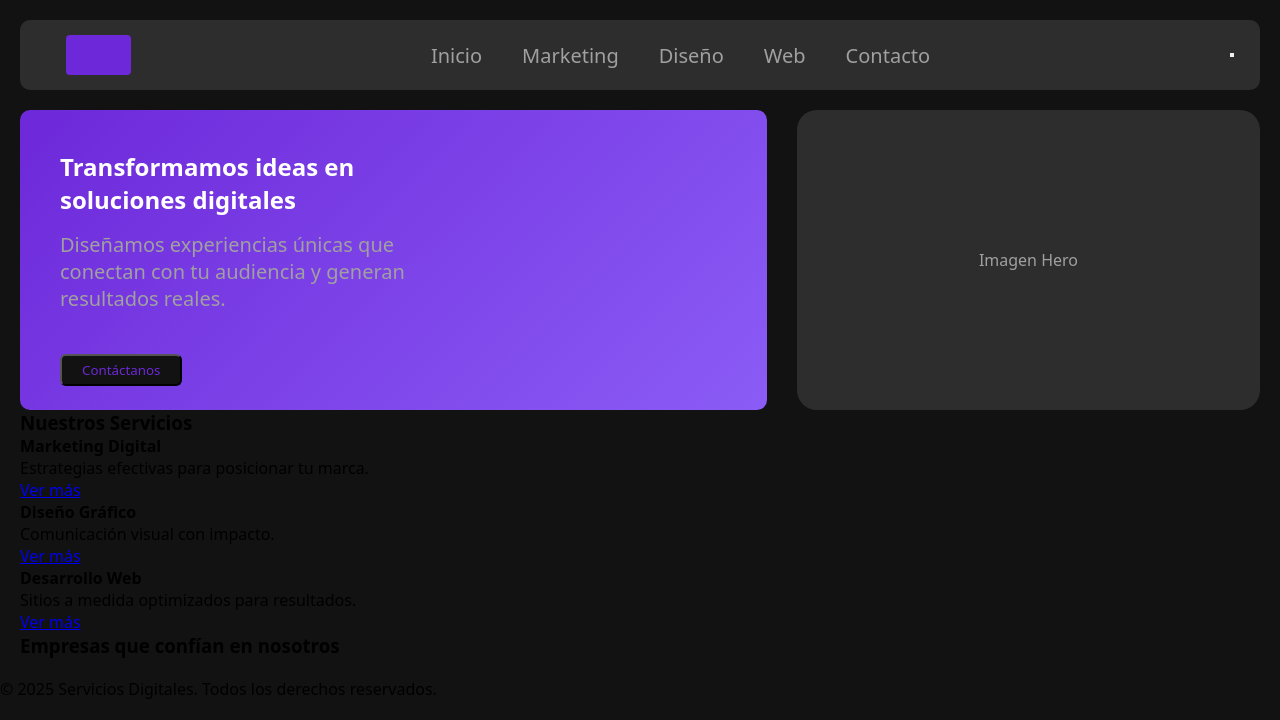
Repository: santinogarrone/TrabajoAgustin
Page: html/index.html
These files come from the project's save history. The page is drawn as it stood at one moment and after the next save; the edit follows.
The browser window is 1280 px wide. The pictures show the whole page.

Above is the page before, as saved 2025-05-01 15:49:02.

### html/index.html
<!DOCTYPE html>
<html lang="en">
<head>
    <meta charset="UTF-8">
    <meta name="viewport" content="width=device-width, initial-scale=1.0">
    <link rel="stylesheet" href="../css/style.css">
    <title>Página de Agustin</title>
</head>
<body>

    <header>
        <nav class="nav-bar">
            <div class="cuadrado-violeta">

            </div>


            <ul class="nav-list">
                <li class="nav-item"><a href="">Inicio</a></li>
                <li class="nav-item"><a href="">Marketing</a></li>
                <li class="nav-item"><a href="">Diseño</a></li>
                <li class="nav-item"><a href="">Web</a></li>
                <li class="nav-item"><a href="">Contacto</a></li>
            </ul>

            <button class="menu-icon" aria-label="menu">
                <span class="menu-line"></span>
                <span class="menu-line"></span>
                <span class="menu-line"></span>
            </button>
        </nav>
    </header>
        <main>

            <section class="main-contact">
                <div class="contacto">
                    <h2 class="tit-contacto">Transformamos ideas en soluciones digitales</h2>
                    <p class="explicacion">Diseñamos experiencias únicas que conectan con tu audiencia y generan resultados reales.</p>

                    <button class="boton-contactar" onclick="location.href='../html/contacto.html'">
                        Contáctanos
                    </button>
                </div>

                <div class="img-hero">
                    Imagen Hero
                </div>
            </section>

            <section class="servicios">
                <h3>Nuestros Servicios</h3>

                <div class="card">
                    <h4>Marketing Digital</h4>
                    <p>Estrategias efectivas para posicionar tu marca.</p>
                    <a href="../html/marketing.html">Ver más</a>
                </div>

                <div class="card">
                    <h4>Diseño Gráfico</h4>
                    <p>Comunicación visual con impacto.</p>
                    <a href="#">Ver más</a>
                </div>

                <div class="card">
                    <h4>Desarrollo Web</h4>
                    <p>Sitios a medida optimizados para resultados.</p>
                    <a href="#">Ver más</a>
                </div>

            </section>

            <section class="empresas">
                <h3>Empresas que confían en nosotros</h3>
                <article class="logos">
                    <div class="logo"></div>
                    <div class="logo"></div>
                    <div class="logo"></div>
                    <div class="logo"></div>
                </article>

            </section>

        </main>

    <footer>
        <div class="ftr">
            <p>&copy; 2025 Servicios Digitales. Todos los derechos reservados.</p>
        </div>
    </footer>
</body>
</html>

### css/style.css
@import url(./global.css);

*{
    margin: 0;
    padding: 0;
    box-sizing: border-box;
    font-family: var(--font-family);
}


body{
    background-color: var(--fondo-color);
    height: 100%;
}

header{
    background-color: var(--superficie-dos);
    position: sticky;
    top: 0;
    margin: 20px;
    border-radius: 10px;
    padding: 10px;
}
.cuadrado-violeta{
    display: block;
    width: 65px;
    height: 40px;
    background-color: var(--primary-color-original);
    border-radius: 4px;
    margin-left: 20px;
}

.nav-bar{
    display: flex;
    justify-content: space-between;
    align-items: center;
    padding: 5px 16px;
}

.nav-list{
    display: flex;
    list-style: none;
    font-size: 20px;
    gap: 40px;
}

.nav-item a{
    text-decoration: none;
    color: var(--texto-secundario);
    transition: all .5s ease;
}

.nav-item a:hover{
    color: var(--texto-color);
}

main{
    margin: 20px;
}

.menu{
    display: none;
}

.main-contact{
    display: flex;
}

.contacto{
    display: flex;
    flex-direction: column;
    background: var(--primary-color-gradient);
    width: 800px;
    height: 300px;
    border-radius: 10px;
    padding: 40px;
    align-items: center;
}

.contacto .tit-contacto{
    color: var(--texto-color);
    padding-right: 270px;
}

.contacto .explicacion{
    color: var(--texto-secundario);
    padding-right: 300px;
    margin-top: 15px;
    margin-bottom: 30px;
    font-size: 20px;
}

.img-hero{
    background: var(--superficie-dos);
    width: 500px;
    height: 300px;
    margin-left: 30px;
    border-radius: 20px;
    display: flex;
    align-items: center;
    justify-content: center;
    color: var(--texto-secundario);
}
.boton-contactar {
    display: flex;
    margin-top: 12px;
    padding: 5px 20px;
    color: var(--primary-color-original);
    background: var(--fondo-color);
    border-radius: 6px;
    cursor: pointer;
    align-self: flex-start;
  }

@media (375px >= width) {

    body{
        background-color: var(--fondo-color);
        height: 100%;
    }

    header{
        background-color: var(--superficie-dos);
        position: sticky;
        top: 0;
        margin: 0;
        border-radius: 0;
    }

    main{
        margin: 0px;
    }
    .explicacion{
        display: none;
    }

    .nav-list{
        display: none;
    }

    .img-hero{
        display: none;
    }
    .cuadrado-violeta{
        display: block;
        width: 65px;
        height: 40px;
        background-color: var(--primary-color-original);
        border-radius: 4px;
        margin-left: 20px;
    }

    .menu{
        width: 30px;
        height: 30px;
        background: transparent;
        display: flex;
        flex-direction: column;
        gap: 4px;
        height: fit-content;
        border: none;
    }

    .menu-linea{
        width: 100%;
        height: 4px;
        background-color: var(--texto-color);
        border: none;
        border-radius: 4px;

    }

    .nav-bar{
        display: flex;
        justify-content: space-between;
        align-items: center;
        padding: 5px 16px;
    }


    .main-contact{
        display: flex;
        padding: 24px;
        justify-content: center;
        align-items: center;
    }

    .contacto{
        display: block;
        padding: 34px;
        background: var(--primary-color-gradient);
        border-radius: 10px;
        color: var(--texto-color);
        height: auto;
        font-size: 12px;
    }

    .contacto .tit-contacto{
        text-align: center;
        align-items: center;
        font-weight: bold;
        margin-top: 30px;
    }

    .boton-contactar{
        display: block;
        margin: 0 auto;
        margin-bottom: 20px;
        margin-top: 12px;
        padding: 5px 20px;
        color: var(--primary-claro);
        background-color: var(--fondo-color);
        border-radius: 6px;
        cursor: pointer;
    }

    .servicios{
        display: flex;
        flex-direction: column;
        margin: 0 20px;
    }

    .servicios h3{
        color: var(--texto-color);
    }

    .card{
        margin-top: 5px;
        align-items: center;
        justify-content: center;
        background-color: var(--superficie-dos);
        border-radius: 8px;
        padding: 12px;
        margin-bottom: 15px;
    }

    .card h4{
        color: var(--texto-color);
    }

    .card p{
        color: var(--texto-secundario);
        padding-bottom: 20px;
    }

    .card a{
        display: inline-block;
        margin-bottom: 20px;
        color: var(--texto-color);
        cursor: pointer;
    }

    .empresas{
        display: flex;
        flex-direction: column;
        align-items: flex-start;
        margin-left: 20px;
    }

    .empresas h3{
        color: var(--texto-color);
        margin-bottom: 1rem;
    }

    .logos{
        margin-top: 5px;
        width: 335px;
        display: flex;
        justify-content: center;
        align-items : center;
        gap: 5px;
        background-color: var(--superficie-dos);
        border-radius: 8px;
        padding: 20px;
        margin-bottom: 10px;
    }

    .logo{
        width: 60px;
        height: 30px;
        background-color: #444444;
        border-radius: 5px;
    }

    .ftr{
        background-color: var(--superficie-dos);
        border-radius: 8px;
        text-align: center;
        margin: 15px 10px;
        padding: 16px;
        color: var(--texto-secundario);
    }
}

### css/global.css
:root{
    --primary-color-gradient : linear-gradient(135deg, #6D28D9, #8B5CF6);
    --primary-color-original : #6D28D9;
    --primary-claro : #8b5cf6;
    --secundary-color : #10b981;
    --acento-color : #f5930b;
    --fondo-color : #121212;
    --superficie-color : #1e1e1e;
    --superficie-dos : #2d2d2d;
    --texto-secundario : #A0A0A0;

    --texto-color : #fff;
    --font-family : 'system-ui'
}

After the next save:
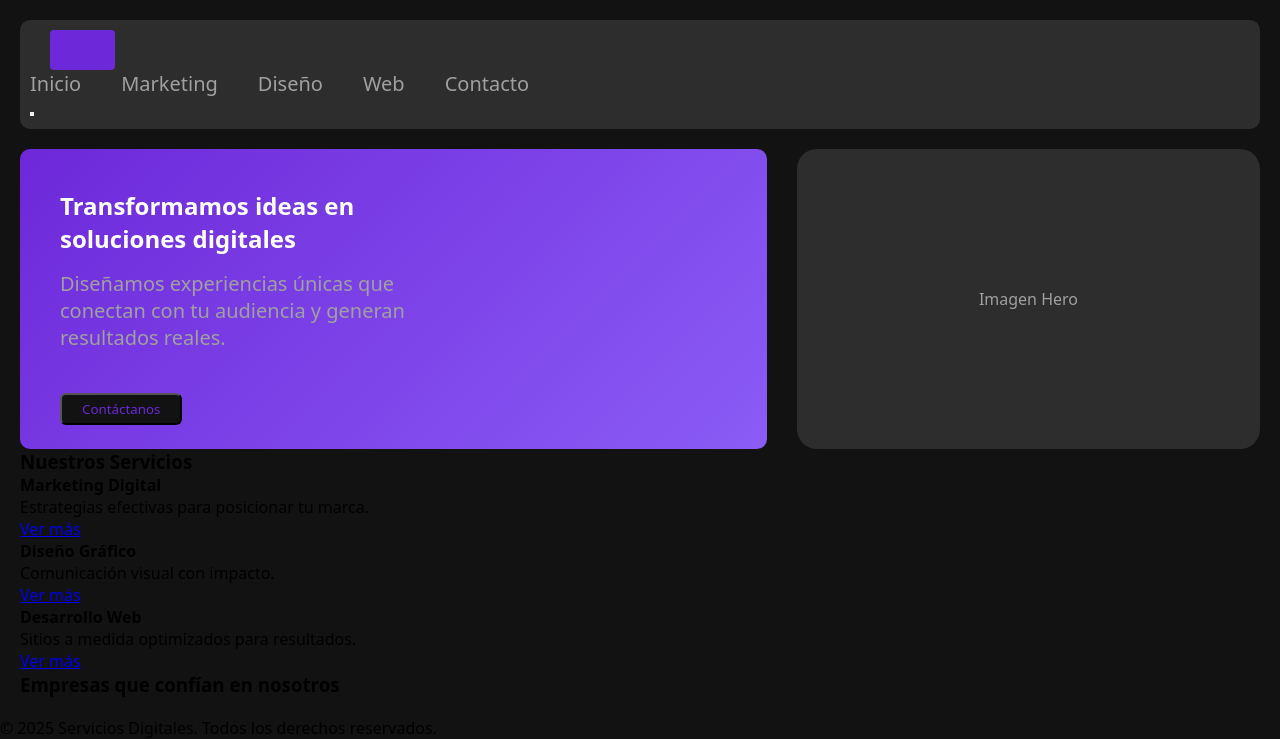
Saved 19 h 14 min later.
--- a/css/style.css
+++ b/css/style.css
@@ -30,12 +30,6 @@
     margin-left: 20px;
 }
 
-.nav-bar{
-    display: flex;
-    justify-content: space-between;
-    align-items: center;
-    padding: 5px 16px;
-}
 
 .nav-list{
     display: flex;

After the save that followed:
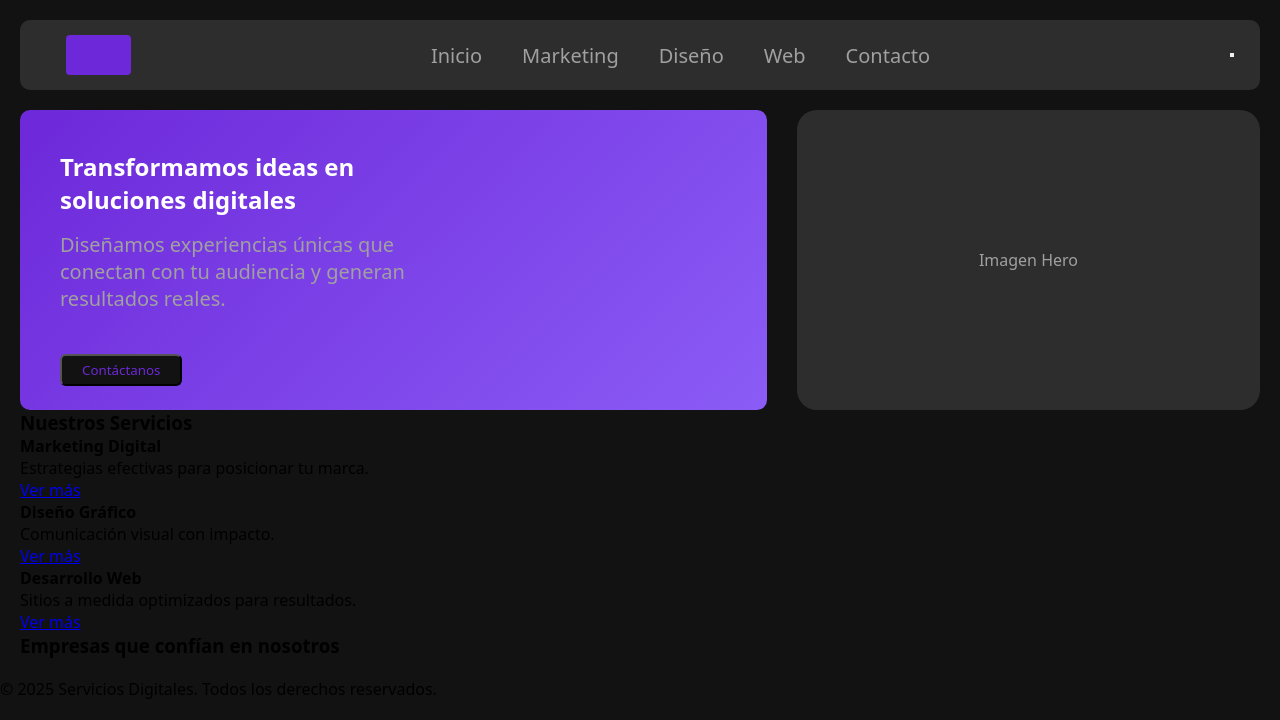
Saved 5 s later.
--- a/css/style.css
+++ b/css/style.css
@@ -30,6 +30,12 @@
     margin-left: 20px;
 }
 
+.nav-bar{
+    display: flex;
+    justify-content: space-between;
+    align-items: center;
+    padding: 5px 16px;
+}
 
 .nav-list{
     display: flex;
